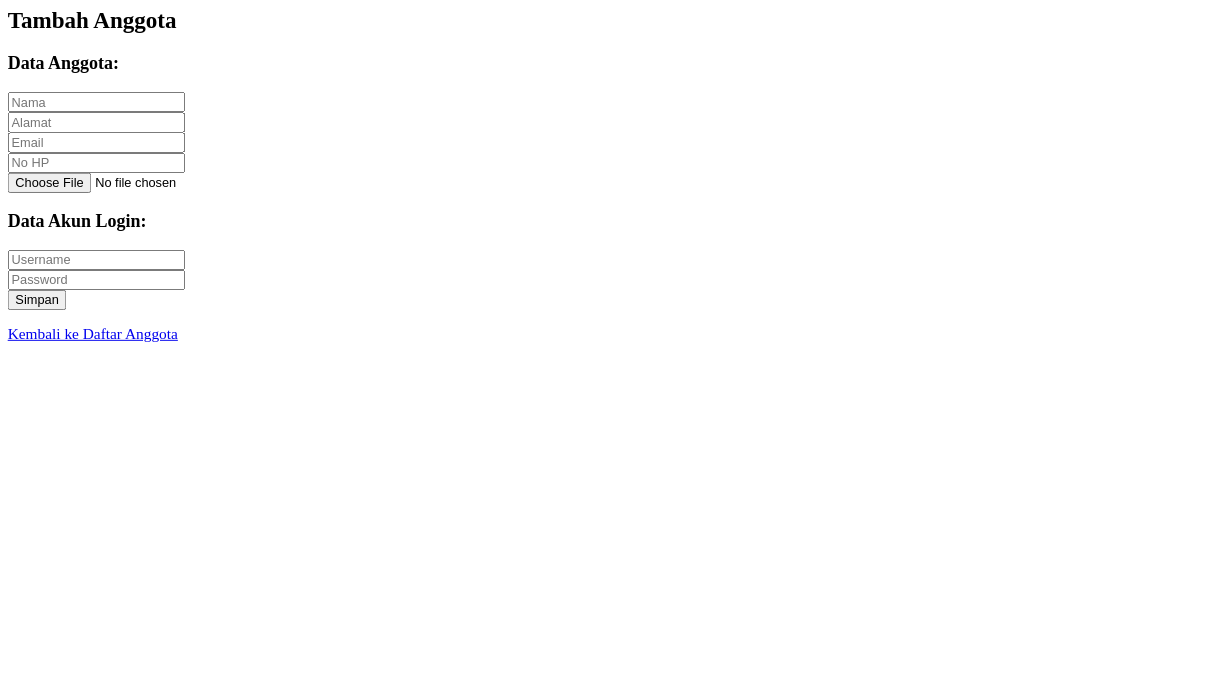
Repository: fatkquladhim/multimedia_app
Page: http://localhost/admin/anggota/anggota-entry.php
An editor plug-in stored every save of this project. The page is shown before and after the next save, followed by the edit.
The browser window is 1280 px wide. The pictures show the whole page, at 96% of full size.
Some web libraries are served in a nearby version. The page is run by PHP 8.4 with error messages shown; the project is at /var/www/html/. The session is filled in as if someone had signed in: {"user_id": 2, "username": "asep", "role": "admin"}. Other server files are loaded and not shown.

Above is the page before, as saved 2025-07-18 22:54:48.

### admin/anggota/anggota-entry.php
<?php
session_start();
if (!isset($_SESSION['user_id']) || $_SESSION['role'] !== 'admin') {
    header('Location: ../../auth/login.php');
    exit;
}
?>
<h2>Tambah Anggota</h2>
<form method="post" action="anggota-proses.php" enctype="multipart/form-data">
    <h3>Data Anggota:</h3>
    <input type="text" name="nama" placeholder="Nama" required><br>
    <input type="text" name="alamat" placeholder="Alamat"><br>
    <input type="email" name="email" placeholder="Email"><br>
    <input type="text" name="no_hp" placeholder="No HP"><br>
    <input type="file" name="foto" accept="image/*" required><br>
    <h3>Data Akun Login:</h3>
    <input type="text" name="username" placeholder="Username" required><br>
    <input type="password" name="password" placeholder="Password" required><br>
    <button type="submit">Simpan</button>
</form>
<p><a href="anggota.php">Kembali ke Daftar Anggota</a></p>

### admin/header.php
    <?php
    // includes/header.php
    // Pastikan session sudah dimulai di file yang meng-include ini
    ?>
    <!DOCTYPE html>
    <html lang="en">
    <head>
        <meta charset="UTF-8">
        <meta name="viewport" content="width=device-width, initial-scale=1.0">
        <title>Admin Dashboard</title> <!-- Sesuaikan judul per halaman -->
        <script src="https://cdn.tailwindcss.com"></script>
        <link href="https://cdnjs.cloudflare.com/ajax/libs/font-awesome/6.0.0/css/all.min.css" rel="stylesheet">
        <script>
            tailwind.config = {
                darkMode: 'class',
                theme: {
                    extend: {
                        colors: {
                            'light-blue': {
                                50: '#f0f9ff',
                                100: '#e0f2fe',
                                200: '#bae6fd',
                                300: '#7dd3fc',
                                400: '#38bdf8',
                                500: '#0ea5e9',
                                600: '#0284c7',
                                700: '#0369a1',
                                800: '#075985',
                                900: '#0c4a6e'
                            }
                        }
                    }
                }
            }
        </script>
        <style>
            /* Styles from dashboard.php */
            .sidebar {
                transition: all 0.4s cubic-bezier(0.4, 0, 0.2, 1);
            }
            .main-content-area {
                transition: all 0.4s cubic-bezier(0.4, 0, 0.2, 1);
            }
            .sidebar-nav-item {
                transition: all 0.3s ease-in-out;
            }
            .dark-mode-transition {
                transition: background-color 0.3s ease, color 0.3s ease;
            }
            .gradient-bg {
                background: linear-gradient(135deg, #e0f2fe 0%, #bae6fd 100%);
            }
            .dark .gradient-bg {
                background: linear-gradient(135deg, #1e293b 0%, #334155 100%);
            }
            .glass-effect {
                backdrop-filter: blur(10px);
                background: rgba(255, 255, 255, 0.9);
            }
            .dark .glass-effect {
                background: rgba(30, 41, 59, 0.9);
            }
            .hover-scale {
                transition: transform 0.2s ease;
            }
            .hover-scale:hover {
                transform: scale(1.02);
            }
            .animate-fade-in {
                animation: fadeIn 0.5s ease-in-out;
            }
            @keyframes fadeIn {
                from {
                    opacity: 0;
                    transform: translateY(10px);
                }
                to {
                    opacity: 1;
                    transform: translateY(0);
                }
            }
            .mobile-menu {
                transform: translateX(-100%);
                transition: transform 0.3s ease;
            }
            .mobile-menu.active {
                transform: translateX(0);
            }
            @media (max-width: 768px) {
                .sidebar {
                    position: fixed;
                    top: 0;
                    left: 0;
                    height: 100vh;
                    z-index: 50;
                    transform: translateX(-100%);
                }
                .sidebar.active {
                    transform: translateX(0);
                }
                .sidebar-overlay {
                    position: fixed;
                    top: 0;
                    left: 0;
                    width: 100%;
                    height: 100%;
                    background: rgba(0, 0, 0, 0.5);
                    z-index: 40;
                    opacity: 0;
                    visibility: hidden;
                    transition: all 0.3s ease;
                }
                .sidebar-overlay.active {
                    opacity: 1;
                    visibility: visible;
                }
            }
            /* Specific styles for forms/tables if needed */
            table { width: 100%; border-collapse: collapse; margin-top: 20px; }
            th, td { padding: 8px; border: 1px solid #ddd; text-align: left; }
            th { background-color: #f2f2f2; }
            .alert { padding: 10px; margin-bottom: 15px; border-radius: 4px; }
            .alert-success { background-color: #d4edda; color: #155724; border: 1px solid #c3e6cb; }
            .alert-error, .alert-danger { background-color: #f8d7da; color: #721c24; border: 1px solid #f5c6cb; }
            .form-group { margin-bottom: 10px; }
            input[type="text"], input[type="email"], input[type="password"], input[type="number"], input[type="date"], input[type="time"], select, textarea {
                width: 100%; max-width: 300px; padding: 8px; border: 1px solid #ccc; border-radius: 4px; box-sizing: border-box;
            }
            button { padding: 10px 15px; background-color: #0ea5e9; color: white; border: none; border-radius: 4px; cursor: pointer; }
            button:hover { background-color: #0284c7; }
            a { text-decoration: none; color: #007bff; }
            a:hover { text-decoration: underline; }
        </style>
    </head>
    <body class="gradient-bg dark-mode-transition">
        <div id="sidebarOverlay" class="sidebar-overlay md:hidden"></div>
        <div class="min-h-screen flex">
            <!-- Sidebar -->
            <?php include 'sidebar.php'; ?>
            <!-- Main Content Area -->
            <div id="mainContentArea" class="flex-1 flex flex-col main-content-area">
                <!-- Header -->
                <header class="bg-white dark:bg-slate-800 shadow-sm p-4 md:p-6 glass-effect">
                    <div class="flex items-center justify-between">
                        <div class="flex items-center space-x-4">
                            <button id="mobileMenuToggle" class="md:hidden p-2 text-gray-600 dark:text-gray-300 hover:text-gray-800 dark:hover:text-white focus:outline-none">
                                <i class="fas fa-bars text-xl"></i>
                            </button>
                            <button id="sidebarToggle" class="hidden md:block p-2 text-gray-600 dark:text-gray-300 hover:text-gray-800 dark:hover:text-white focus:outline-none">
                                <i class="fas fa-bars text-xl"></i>
                            </button>
                            <div class="hidden md:block">
                                <h1 class="text-xl md:text-2xl font-bold text-gray-800 dark:text-white">
                                    <?php echo basename($_SERVER['PHP_SELF'], '.php'); ?> <!-- Dynamic title -->
                                </h1>
                            </div>
                        </div>
                        <div class="flex items-center space-x-2 md:space-x-4">
                            <button id="darkModeToggle" class="p-2 text-gray-600 dark:text-gray-300 hover:text-gray-800 dark:hover:text-white focus:outline-none">
                                <i class="fas fa-moon text-xl dark:hidden"></i>
                                <i class="fas fa-sun text-xl hidden dark:block"></i>
                            </button>
                            <button class="p-2 text-gray-600 dark:text-gray-300 hover:text-gray-800 dark:hover:text-white">
                                <i class="fas fa-bell text-xl"></i>
                            </button>
                            <div class="w-8 h-8 md:w-10 md:h-10 bg-light-blue-300 rounded-full overflow-hidden">
                                <img src="https://via.placeholder.com/40x40" alt="Profile" class="w-full h-full object-cover">
                            </div>
                        </div>
                    </div>
                </header>
                <main class="flex-1 p-4 md:p-6">

### admin/sidebar.php
    <?php
    // includes/sidebar.php
    // Pastikan session sudah dimulai di file yang meng-include ini
    // if (!isset($_SESSION['user_id']) || $_SESSION['role'] !== 'admin') {
    //     header('Location: ../auth/login.php');
    //     exit;
    // }
    ?>
    <div id="sidebar" class="w-64 bg-white dark:bg-slate-800 shadow-xl flex-shrink-0 sidebar transition-all duration-300 overflow-hidden glass-effect">
        <div class="p-4 flex items-center justify-between border-b border-light-blue-100 dark:border-slate-700">
            <div class="flex items-center space-x-3">
                <div class="w-10 h-10 bg-light-blue-500 rounded-lg flex items-center justify-center">
                    <i class="fas fa-home text-white text-xl"></i>
                </div>
                <h1 class="text-xl font-bold text-gray-800 dark:text-white">Multimedia</h1>
            </div>
            <button id="closeSidebar" class="md:hidden p-2 text-gray-500 hover:text-gray-700 dark:text-gray-400 dark:hover:text-gray-200">
                <i class="fas fa-times"></i>
            </button>
        </div>

        <nav class="mt-6 px-4">
            <div class="space-y-2">
                <a href="../dashboard.php" class="flex items-center px-4 py-3 text-light-blue-600 bg-light-blue-50 dark:bg-light-blue-900 dark:text-light-blue-300 rounded-lg sidebar-nav-item hover-scale">
                    <i class="fas fa-tachometer-alt w-5 h-5 mr-3"></i>
                    <span class="font-medium">Dashboard</span>
                </a>

                <a href="../anggota/anggota.php" class="flex items-center px-4 py-3 text-gray-600 dark:text-gray-300 hover:text-light-blue-600 dark:hover:text-light-blue-400 hover:bg-light-blue-50 dark:hover:bg-slate-700 rounded-lg sidebar-nav-item hover-scale">
                    <i class="fas fa-users w-5 h-5 mr-3"></i>
                    <span class="font-medium">Manajemen Anggota</span>
                </a>

                <a href="../daftar alat/daftar-alat.php" class="flex items-center px-4 py-3 text-gray-600 dark:text-gray-300 hover:text-light-blue-600 dark:hover:text-light-blue-400 hover:bg-light-blue-50 dark:hover:bg-slate-700 rounded-lg sidebar-nav-item hover-scale">
                    <i class="fas fa-tools w-5 h-5 mr-3"></i>
                    <span class="font-medium">Manajemen Alat</span>
                </a>

                <a href="../peminjaman/peminjaman-barang.php" class="flex items-center px-4 py-3 text-gray-600 dark:text-gray-300 hover:text-light-blue-600 dark:hover:text-light-blue-400 hover:bg-light-blue-50 dark:hover:bg-slate-700 rounded-lg sidebar-nav-item hover-scale">
                    <i class="fas fa-handshake w-5 h-5 mr-3"></i>
                    <span class="font-medium">Peminjaman Barang</span>
                </a>

                <a href="../penyewaan/penyewaan-barang.php" class="flex items-center px-4 py-3 text-gray-600 dark:text-gray-300 hover:text-light-blue-600 dark:hover:text-light-blue-400 hover:bg-light-blue-50 dark:hover:bg-slate-700 rounded-lg sidebar-nav-item hover-scale">
                    <i class="fas fa-cash-register w-5 h-5 mr-3"></i>
                    <span class="font-medium">Penyewaan Barang</span>
                </a>

                <a href="../legalisasi laptop/legalisasi_list.php" class="flex items-center px-4 py-3 text-gray-600 dark:text-gray-300 hover:text-light-blue-600 dark:hover:text-light-blue-400 hover:bg-light-blue-50 dark:hover:bg-slate-700 rounded-lg sidebar-nav-item hover-scale">
                    <i class="fas fa-laptop w-5 h-5 mr-3"></i>
                    <span class="font-medium">Legalisasi Laptop</span>
                </a>
            </div>

            <div class="mt-8 mb-4">
                <h3 class="px-4 text-xs font-semibold text-gray-500 dark:text-gray-400 uppercase tracking-wider">
                    Tugas & Izin
                </h3>
            </div>

            <div class="space-y-2">
                <a href="../beri tugas/beri_tugas_form.php" class="flex items-center px-4 py-3 text-gray-600 dark:text-gray-300 hover:text-light-blue-600 dark:hover:text-light-blue-400 hover:bg-light-blue-50 dark:hover:bg-slate-700 rounded-lg sidebar-nav-item hover-scale">
                    <i class="fas fa-clipboard-list w-5 h-5 mr-3"></i>
                    <span class="font-medium">Beri Tugas</span>
                </a>

                <a href="../beri tugas/tugas_selesai_riwayat.php" class="flex items-center px-4 py-3 text-gray-600 dark:text-gray-300 hover:text-light-blue-600 dark:hover:text-light-blue-400 hover:bg-light-blue-50 dark:hover:bg-slate-700 rounded-lg sidebar-nav-item hover-scale">
                    <i class="fas fa-check-double w-5 h-5 mr-3"></i>
                    <span class="font-medium">Riwayat Tugas</span>
                </a>

                <a href="../izin_malam/izin-malam.php" class="flex items-center px-4 py-3 text-gray-600 dark:text-gray-300 hover:text-light-blue-600 dark:hover:text-light-blue-400 hover:bg-light-blue-50 dark:hover:bg-slate-700 rounded-lg sidebar-nav-item hover-scale">
                    <i class="fas fa-moon w-5 h-5 mr-3"></i>
                    <span class="font-medium">Izin Malam</span>
                </a>

                <a href="../izin_nugas/izin-nugas.php" class="flex items-center px-4 py-3 text-gray-600 dark:text-gray-300 hover:text-light-blue-600 dark:hover:text-light-blue-400 hover:bg-light-blue-50 dark:hover:bg-slate-700 rounded-lg sidebar-nav-item hover-scale">
                    <i class="fas fa-book-open w-5 h-5 mr-3"></i>
                    <span class="font-medium">Izin Nugas</span>
                </a>
            </div>

            <div class="mt-8 mb-4">
                <h3 class="px-4 text-xs font-semibold text-gray-500 dark:text-gray-400 uppercase tracking-wider">
                    Keuangan
                </h3>
            </div>

            <div class="space-y-2">
                <a href="../uang masuk/masuk.php" class="flex items-center px-4 py-3 text-gray-600 dark:text-gray-300 hover:text-light-blue-600 dark:hover:text-light-blue-400 hover:bg-light-blue-50 dark:hover:bg-slate-700 rounded-lg sidebar-nav-item hover-scale">
                    <i class="fas fa-money-bill-alt w-5 h-5 mr-3"></i>
                    <span class="font-medium">Uang Masuk</span>
                </a>

                <a href="../uang keluar/keluar.php" class="flex items-center px-4 py-3 text-gray-600 dark:text-gray-300 hover:text-light-blue-600 dark:hover:text-light-blue-400 hover:bg-light-blue-50 dark:hover:bg-slate-700 rounded-lg sidebar-nav-item hover-scale">
                    <i class="fas fa-money-bill-wave w-5 h-5 mr-3"></i>
                    <span class="font-medium">Uang Keluar</span>
                </a>
            </div>

            <div class="mt-8 mb-4">
                <h3 class="px-4 text-xs font-semibold text-gray-500 dark:text-gray-400 uppercase tracking-wider">
                    Akun
                </h3>
            </div>

            <div class="space-y-2">
                <a href="../auth/logout.php" class="flex items-center px-4 py-3 text-red-600 dark:text-red-400 hover:text-red-700 dark:hover:text-red-300 hover:bg-red-50 dark:hover:bg-red-900 rounded-lg sidebar-nav-item hover-scale">
                    <i class="fas fa-sign-out-alt w-5 h-5 mr-3"></i>
                    <span class="font-medium">Logout</span>
                </a>
            </div>
        </nav>
    </div>

After the next save:
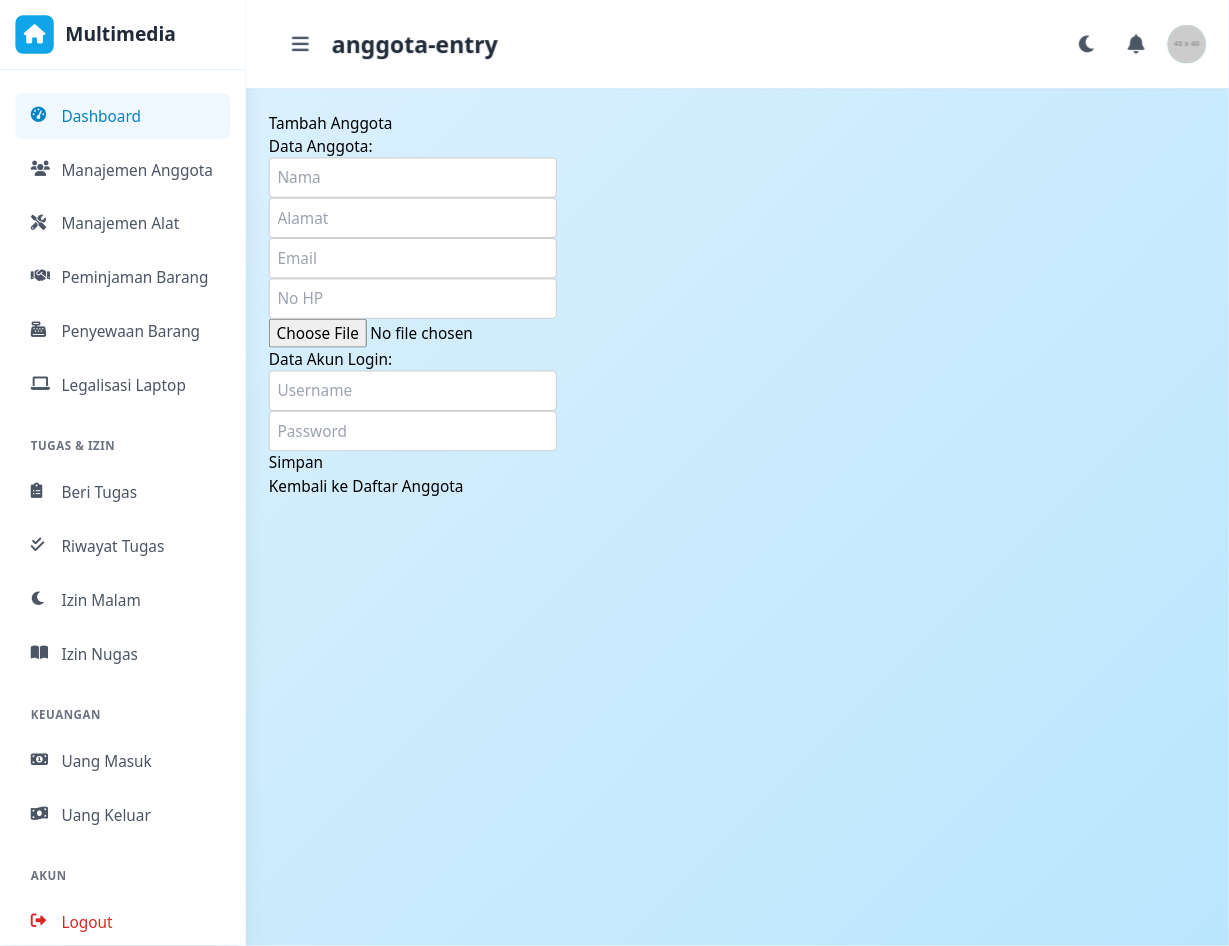
Saved 80 s later.
--- a/admin/anggota/anggota-entry.php
+++ b/admin/anggota/anggota-entry.php
@@ -4,6 +4,7 @@ if (!isset($_SESSION['user_id']) || $_SESSION['role'] !== 'admin') {
     header('Location: ../../auth/login.php');
     exit;
 }
+include '../header.php'; // Path relatif dari 'anggota/'
 ?>
 <h2>Tambah Anggota</h2>
 <form method="post" action="anggota-proses.php" enctype="multipart/form-data">
